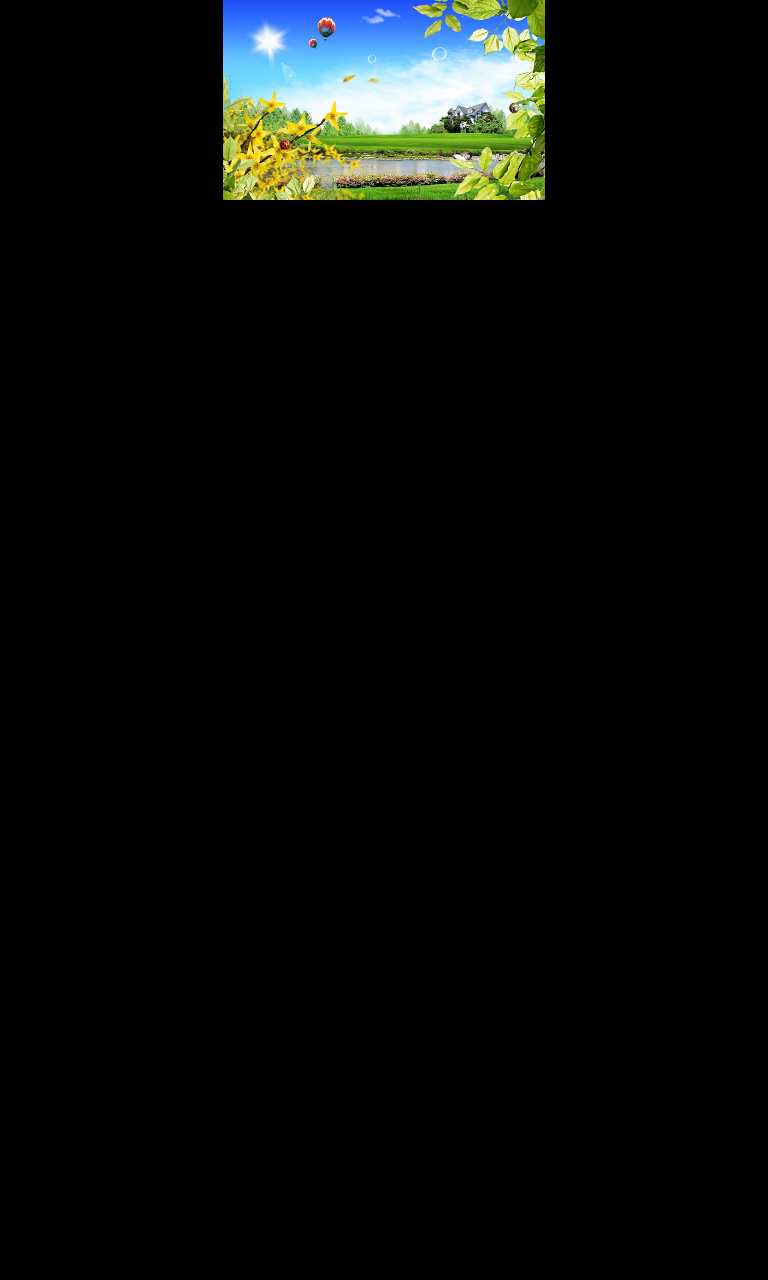
Repository: GuangmingChan/DevelopAndroidApp
Layout: demoImageView4/res/layout/main.xml
An editor plug-in stored every save of this project. The layout is shown before and after the next save, followed by the edit.
It is drawn on a 768 x 1280 px phone screen (xhdpi) without system bars, with theme android:Theme.Holo; the app's code is not run.

Above is the layout before, as saved 2017-03-31 00:32:20.

### demoImageView4/res/layout/main.xml
<?xml version="1.0" encoding="utf-8"?>
<LinearLayout xmlns:android="http://schemas.android.com/apk/res/android"
    android:layout_width="fill_parent"
    android:layout_height="fill_parent"
    android:orientation="vertical" >

    <ImageView
        android:layout_width="fill_parent"
        android:layout_height="wrap_content"
        android:maxWidth="100dp"
        android:maxHeight="100dp"
        android:adjustViewBounds="true"
        android:src="@drawable/sunshine"
        />

</LinearLayout>

After the next save:
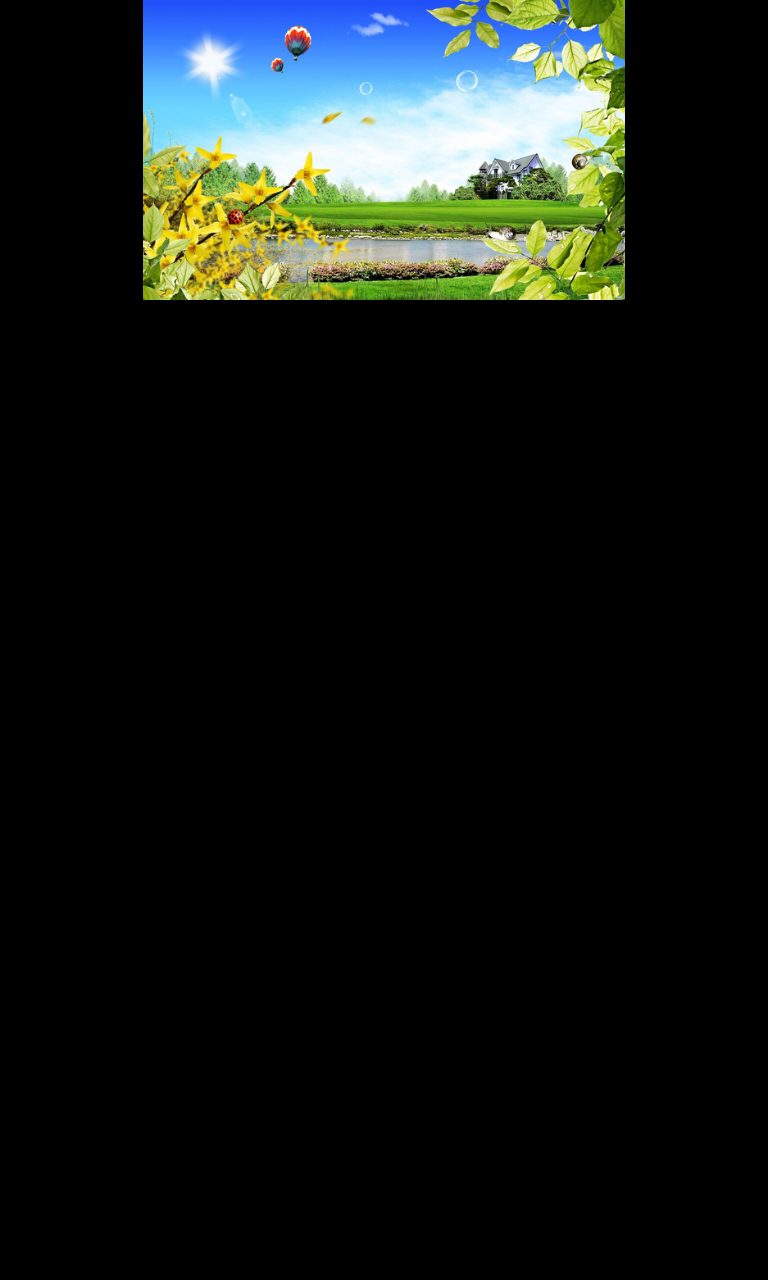
Saved 9 s later.
--- a/demoImageView4/res/layout/main.xml
+++ b/demoImageView4/res/layout/main.xml
@@ -8,7 +8,7 @@
         android:layout_width="fill_parent"
         android:layout_height="wrap_content"
         android:maxWidth="100dp"
-        android:maxHeight="100dp"
+        android:maxHeight="150dp"
         android:adjustViewBounds="true"
         android:src="@drawable/sunshine"
         />
